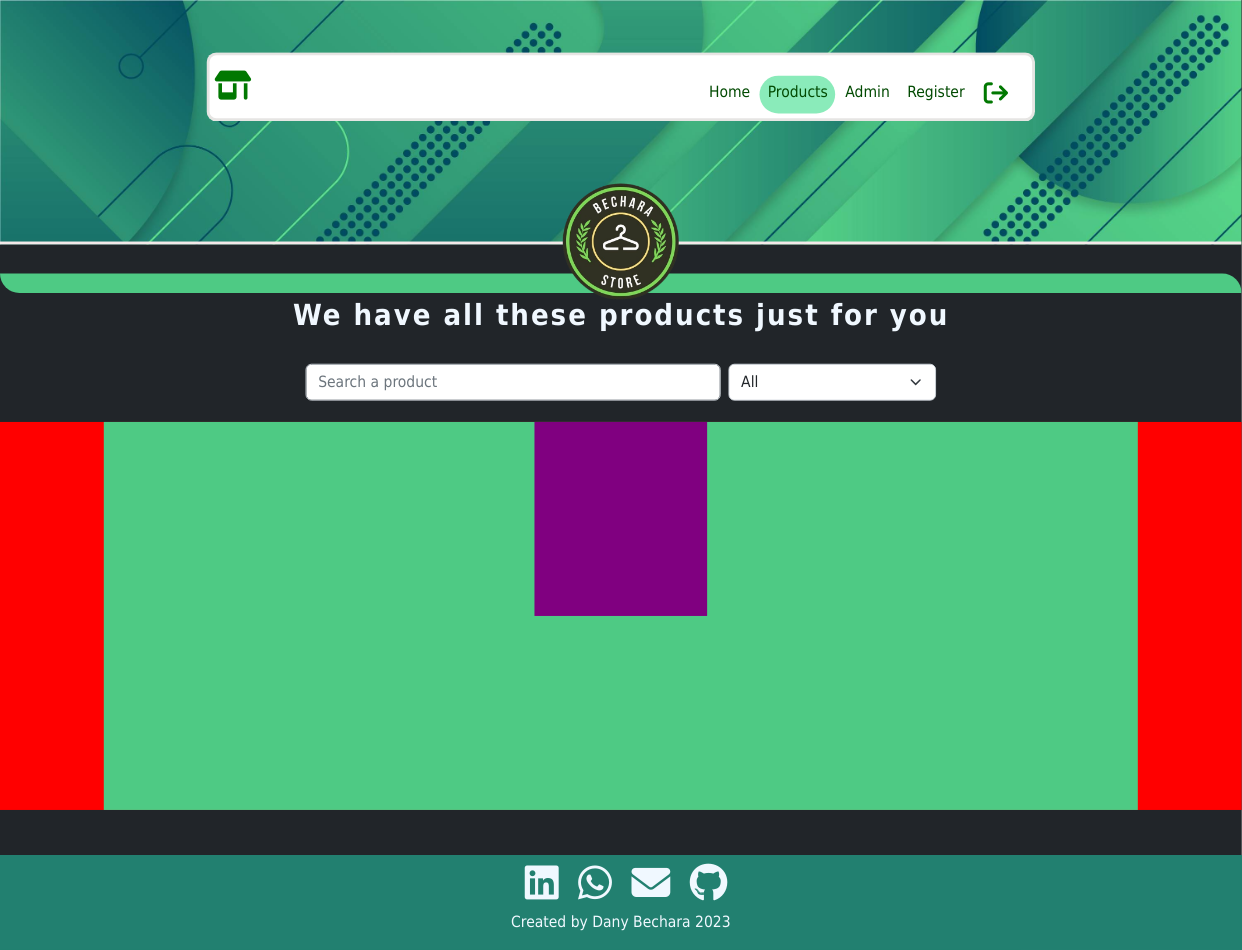
Repository: bechara611/becharastore
Page: /Products
An editor plug-in stored every save of this project. The page is shown before and after the next save, followed by the edit.
The browser window is 1280 px wide. The pictures show the whole page, at 97% of full size.
Backgrounds fixed to the window are drawn as part of the page. The project was rebuilt for these pictures with package versions that can differ from the ones it lists, and the page was loaded fresh each time. Some packages were replaced by stand-ins written for this rebuild. Also part of the build but not shown: src/hooks/useAuth.jsx, src/hooks/useForm.jsx, src/Auth/components/LoginAndRegister.css, src/Auth/components/Login.jsx, src/Auth/components/Register.jsx, src/UI/helper/ElementoActivo.js, src/UI/Components/FormularioContacto.css, src/UI/Components/FormularioContacto.jsx and 1 more.

Above is the page before, as saved 2023-02-02 08:50:02.

### public/index.html
<!DOCTYPE html>
<html lang="en">
  <head>
    <meta charset="utf-8" />
    <link rel="icon" href="%PUBLIC_URL%/favicon.ico" />
    <meta name="viewport" content="width=device-width, initial-scale=1" />
    <meta name="theme-color" content="#000000" />
    <meta
      name="description"
      content="Web site created using create-react-app"
    />
    <link rel="apple-touch-icon" href="%PUBLIC_URL%/logo192.png" />
    <link rel="preconnect" href="https://fonts.googleapis.com">
    <link rel="stylesheet" href="https://cdnjs.cloudflare.com/ajax/libs/font-awesome/6.2.1/css/all.min.css" integrity="sha512-MV7K8+y+gLIBoVD59lQIYicR65iaqukzvf/nwasF0nqhPay5w/9lJmVM2hMDcnK1OnMGCdVK+iQrJ7lzPJQd1w==" crossorigin="anonymous" referrerpolicy="no-referrer" />
<link rel="preconnect" href="https://fonts.gstatic.com" crossorigin>
<link rel="preconnect" href="https://fonts.googleapis.com">
<link rel="preconnect" href="https://fonts.gstatic.com" crossorigin>
<link href="https://fonts.googleapis.com/css2?family=Montserrat:ital,wght@0,100;0,200;0,300;0,400;0,500;0,600;0,700;0,800;0,900;1,100;1,200;1,300;1,500;1,700;1,800;1,900&family=Shadows+Into+Light&display=swap" rel="stylesheet">
<link rel="stylesheet"href="https://fonts.googleapis.com/css?family=Roboto:300,400,500,700&display=swap"/>
<!--
      manifest.json provides metadata used when your web app is installed on a
      user's mobile device or desktop. See https://developers.google.com/web/fundamentals/web-app-manifest/
    -->
    <link rel="manifest" href="%PUBLIC_URL%/manifest.json" />
    <!--
      Notice the use of %PUBLIC_URL% in the tags above.
      It will be replaced with the URL of the `public` folder during the build.
      Only files inside the `public` folder can be referenced from the HTML.

      Unlike "/favicon.ico" or "favicon.ico", "%PUBLIC_URL%/favicon.ico" will
      work correctly both with client-side routing and a non-root public URL.
      Learn how to configure a non-root public URL by running `npm run build`.
    -->

<link href="https://cdn.jsdelivr.net/npm/bootstrap@5.2.3/dist/css/bootstrap.min.css" rel="stylesheet" >


  </head>
  <body>
    <noscript>You need to enable JavaScript to run this app.</noscript>
    <div id="root"></div>
    <!--
      This HTML file is a template.
      If you open it directly in the browser, you will see an empty page.

      You can add webfonts, meta tags, or analytics to this file.
      The build step will place the bundled scripts into the <body> tag.

      To begin the development, run `npm start` or `yarn start`.
      To create a production bundle, use `npm run build` or `yarn build`.
    -->
    <script src="https://cdn.jsdelivr.net/npm/bootstrap@5.2.3/dist/js/bootstrap.bundle.min.js" integrity="sha384-kenU1KFdBIe4zVF0s0G1M5b4hcpxyD9F7jL+jjXkk+Q2h455rYXK/7HAuoJl+0I4" crossorigin="anonymous"></script>
  </body>

</html>

### src/index.css

:root {
    --verde1: rgb(2, 74, 2);
    --verde2:rgb(1, 120, 1);
    --verde3:rgb(23, 215, 119,.5);
    --verde4:rgba(78,202,132,255);
    --verde5:rgba(34,128,112,255);
  }


*{
    color: aliceblue;
    /* font-family: 'Montserrat', sans-serif; */
    font-family: 'Droid Sans', Tahoma, Geneva, Verdana, sans-serif;

}

.fondito{
    background: red;
}
.fondito2{
    background: purple;
}

### src/App.jsx
import React, { useEffect } from 'react'
import { Caparazon } from './UI/Components/Caparazon'
import { ContenedorPrincipal } from './UI/Components/ContenedorPrincipal'
import { Header } from './UI/Components/Header'
import { Footer } from './UI/Components/Footer'
import { MainCuerpo } from './UI/Components/MainCuerpo'
import { useDispatch, useSelector } from 'react-redux'
import { onResetError } from './UI/slice/uiSlice'
import Swal from 'sweetalert2'
export const App = () => {
  const uiEstado = useSelector((state)=>state.ui)
  const dispatch = useDispatch()
  useEffect(() => {
    if(uiEstado.error!==null){
      console.log(uiEstado.error)
      Swal.fire('Error',uiEstado.error,'error')
      dispatch(onResetError())

    }
  // eslint-disable-next-line react-hooks/exhaustive-deps
  }, [uiEstado.error])

  return (
    <>
      {/*Primero el caparazon de la pagina, que es un div que tiene un 100vh de altura, el cual en el obtiene a sus children:
    esto children son el Header ocupando el 30vh y el Contenedor Principal ocupando el 70vh restante.
  */}
      <Caparazon>
        <Header></Header>
        <ContenedorPrincipal> {/*El contenedor principal a su vez lleva sus hijos dos elementos, el footer que le pusimos absolute para ubicarlo de ultimo y el MainCuerpo que tienes las rutas */}
          <MainCuerpo></MainCuerpo>{/*Este MainCuerpo tiene las rutas de la aplicacion, es el main de la pagina y lo que va a cambiar dependiendo donde estemos */}


          <Footer></Footer>  {/*Este es el footer que utilizamos para el pie de pagina, tiene posicion absolute como dije anteriormnete */}
        </ContenedorPrincipal>


      </Caparazon>
    </>

  )
}

### src/store/Store.jsx
import { configureStore } from "@reduxjs/toolkit"
import authSlice from "../Auth/slice/authSlice"
import uiSlice from "../UI/slice/uiSlice"


export const store= configureStore({
    reducer:{
        auth:authSlice.reducer,
        ui:uiSlice.reducer
    },
    middleware:(getDefaultMiddleware)=>{
        return getDefaultMiddleware({serializableCheck:false})
    }
})

### src/UI/Components/Caparazon.jsx
import React from 'react'
import './Caparazon.css'
export const Caparazon = ({ children }) => {
    return (
        <>
{/*Caparazon princiapal donde el mismo tiene un flex en colum, adentro tiene sus hijos que son un div que
ocupe el 70vh donde eesta todo lo demas y el 30vh primero es del header */}
            <div className='caparazonPrincipal bg-dark'>

                {children}

            </div>
        </>
    )
}

### src/UI/Components/ContenedorPrincipal.jsx
import React from 'react'
import './ContenedorPrincipal.css'
export const ContenedorPrincipal = ({ children }) => {
  return (
    <div className='ContenedorPrincipal'>
    {/*Aca de hijos tendran las rutas para verse en el medio y el footer, este tiene un position relative para que su hijo footer pueda
  ubicarse en la parte de abajo */}
      {children}
    </div>
  )
}

### src/UI/Components/Header.jsx
import React from 'react'
import './Header.css'
import { MenuNavbar } from './MenuNavbar'
import brand from './../../img/brand2.png'


export const Header = () => {
  return (
    <>
      {/*El header ocupa el 30vh de la pagina, el primer div lo tiene, aca se incorpora el nav y el logo. */}
      <div className="header">
        <div className="col-12">


          <MenuNavbar></MenuNavbar>
          <div className="row">
            <div className="col-12 filaLogoHeader">
              <img src={brand} className='brand animate__animated animate__flip' id='brand' alt="brand" />

            </div>
          </div>

        </div>

      </div>



    </>
  )
}

### src/UI/Components/Footer.jsx
import React from 'react'
import './Footer.css'


let linkdn="https://linkedin.com/in/DanyBechara";
let correo="mailto:bechara611@gmail.com";
let blank='_blank';
let github='https://github.com/bechara611';
let whatssap='https://wa.me/584120361952';

export const Footer = () => {
  return (
    <>
      {/*Aca este footer le estamos colocando una posicion absolute y a su padre relativa para poder ubicarlo al final de su div padre */}
      <div className="footer col-12 mt-5 pt-1">
      <a href={linkdn} target={blank} className='animate__animated animate__lightSpeedInLeft'><i className=" linkdin fa-brands fa-linkedin iconoRedes"></i></a>
      <a href={whatssap} target={blank}  className='animate__animated animate__lightSpeedInLeft'><i className="whatssap fa-brands fa-whatsapp iconoRedes"></i></a>
      <a href={correo} target={blank}  className='animate__animated animate__lightSpeedInLeft'><i className="gmail fa-solid  fa-envelope iconoRedes"></i></a>
      <a href={github} target={blank}  className='  animate__animated animate__lightSpeedInLeft'><i className=" github fa-brands fa-github iconoRedes"></i></a>

     <div className="col-12 contenedor-mensaje-footer mt-1">
     <div className="col-12 contenedor-mensaje-footer">
     <p className='mensaje'>Created by Dany Bechara {new Date().getFullYear().toString()}</p>
     </div>

     </div>
      </div>
    </>

  )
}

### src/UI/Components/MainCuerpo.jsx
import React from 'react'
import { RouterApp } from '../../router/Routes'
import './MainCuerpo.css'

export const MainCuerpo = () => {

  return (
    <>
    {/*Aca se guardan las rutas como tal de la aplicacion y es llamado adentro de contenedorPrincipal */}
    <RouterApp></RouterApp>
    <div className='mb-5 pb-5'></div>
    </>
    )
}

### src/UI/slice/uiSlice.jsx
const { createSlice } = require("@reduxjs/toolkit");

const initialState={
    error:null
}
const uiSlice = createSlice({
    name:'ui',
    initialState,
    reducers:{//este reducer es para activar o desactivar un error siempre en pantalla dependiendo si cambia el estado, el mismo
        //activa una funcion que se encuentra en el archivo App.jsx, donde mostrar una ventana emergente de error en caso de que no sea null y al mismo tiempo por alla la desactiva
              // dispatch(onAsignarError({error:'Esto es un error desde el nav'}))
        onAsignarError:(state,action)=>{
            state.error=action.payload.error
        },
        onResetError:(state,action)=>{
            state.error=null
        }
    }
})

export default uiSlice;
export const {onAsignarError,onResetError} = uiSlice.actions;

### src/Auth/slice/authSlice.jsx
import { createSlice } from "@reduxjs/toolkit";

const initialState = {
    user: {
        token: 'abc123',
        _id: 1,
        name: 'Dany',
        email: 'Bechara611@gmail.com',
        level: 'admin'
    },
    status: 'logueado',
    initialDate: new Date()
}

const authSlice = createSlice({
    name: 'auth',
    initialState,
    reducers: {
        MostrarEnConsola: (state, action) => {
            console.log('Hola mundo')
        },
        onLogout: (state, action) => {

            state.status = 'no-logueado'
            state.user = {
                token: null,
                _id: null,
                name: null,
                email: null,
                level: null
            }
            state.initialDate = null;
        },
        onLogin: (state, {payload}) => {
             state.user = {
                 token: payload.token,
                 _id: payload._id,
                 name: payload.name,
                 email: payload.email,
                 level: payload.level
             }
            state.status = 'logueado'
            state.initialDate = new Date();
        },

    },

})

export const { MostrarEnConsola, onLogout, onLogin } = authSlice.actions;
export default authSlice

### src/UI/Components/Caparazon.css
/*Estilos del caparazon como tal principal*/
    /*Aca colocamos que el caparazonPrincipal ocupa toda la pantalla, y una direccion en column para que el header sea de 30vh y el resto el otro div  */
.caparazonPrincipal{
    display: flex;
    flex-direction: column;
    justify-content: space-between;
    min-height: 100vh;
  overflow-x: hidden;
  overflow-y: visible;
}

### src/UI/Components/ContenedorPrincipal.css
/*Aca al contenedor ponemos positionRelative para que el footer pueda tener una posicion absoluta y se pueda posicionar al final*/
.ContenedorPrincipal{
    min-height: 65vh;

    position: relative;
}

### src/UI/Components/Header.css
.header {
    display: flex;
    background: rgb(157, 240, 194) url("./../../img/Header2.jpg");
    background-color: rgb(18, 18, 18);
    background-repeat: no-repeat;
    background-attachment: fixed;
    background-size: cover;
    background-position: top center;
    min-height: 30%;
    height: 35vh;
    max-height: 35vh;
    width: 100%;
    min-width: 100%;
    position: relative;
    border-bottom: 3px solid rgb(244, 233, 233);
}

/*Aca estoy posicion en el medio el logo como tal del header y luego abajo le pongo una posicion absolute para moverlo*/
.filaLogoHeader {
    display: flex;
    flex-direction: row;
    justify-content: center;

}

.brand {
    width: 150px;
    height: 150px;
    max-height: 150px;
    max-width: 150px;
    min-height: 150px;
    position: absolute;
    bottom: -30%;
  z-index: 1000;

}

/*?RESPONSIVE*/


@media(max-width:500px){

    .brand {
        width: 100px;
        height:100px;
        max-height: 100px;
        max-width: 100px;
        min-height: 10px;
        position: absolute;
        z-index: 1;
        bottom: -20%;

    }
}

### src/UI/Components/MenuNavbar.jsx
import React, { useEffect } from 'react'
import { useDispatch, useSelector } from 'react-redux';
import { NavLink } from 'react-router-dom';
import { onLogout } from '../../Auth/slice/authSlice';
import { Animacionlogo } from '../helper/AnimacionAlLogo';

import './MenuNavbar.css'

export const MenuNavbar = () => {
    const authEstado = useSelector((state)=>state.auth);
    useEffect(() => {
        /**Esta parte es para colocarle al nombre del boton register cuando los dispositivos sean pequenos */
        if (window.screen.width < 350) {
            const boton = document.getElementById('navLogout');
            boton.innerHTML = 'Logout'
        }

    }, [])
    const dispatch = useDispatch();
    return (
        <>
            {/**Aca va el navBar de la aplicacion que tendra el menu */}
            <div className="col-12 contenedor-nav">
                <nav className="navbar navbar-expand-md  menunav col-8 ">


                  <NavLink to={'/'}> <i className="fa-solid fa-shop marca"></i></NavLink>


                    <button
                        className="navbar-toggler"
                        type="button"
                        data-bs-toggle="collapse"
                        data-bs-target="#navbarNavAltMarkup"
                        aria-controls="navbarNavAltMarkup"
                        aria-expanded="false"
                        aria-label="Show / Hide Menu"
                    >
                        <span className="navbar-toggler-icon"></span>
                    </button>
                    <div className="collapse navbar-collapse mt-3" id="navbarNavAltMarkup">
                        <div className="navbar-nav col-12  contenedor-interno-nav">
                            <NavLink className={ ({isActive}) => `nav-item nav-link  ${ isActive ? 'activeLink':'' }` } to={'/'} onClick={()=>Animacionlogo()}>
                            Home</NavLink>

                            <NavLink className={ ({isActive}) => `nav-item nav-link  ${ isActive ? 'activeLink':'' }` } to={'/Products'} onClick={()=>Animacionlogo()}>Products</NavLink>
                            <NavLink className={ ({isActive}) => `nav-item nav-link  ${ isActive ? 'activeLink':'' }` } to={'/admin'} onClick={()=>Animacionlogo()}>Admin</NavLink>
                            <NavLink className={ ({isActive}) => `nav-item nav-link  ${ isActive ? 'activeLink':'' }` } to={'/Register'} onClick={()=>Animacionlogo()}>Register</NavLink>
                            {
                                authEstado.status==='logueado' ?
                                <NavLink id='navLogout' className={ ({isActive}) => `nav-item nav-link ` } to={'/'} onClick={()=>{Animacionlogo()
                                    dispatch(onLogout())

                                    }}> <i title='Logout' className="fa-solid fa-arrow-right-from-bracket logout-icono"></i></NavLink>

                             :
                              <>
                              <NavLink className={ ({isActive}) => `nav-item nav-link   ${ isActive ? 'activeLink':'' }` } to={'/auth'} onClick={()=>Animacionlogo()}>Login</NavLink>
                              </>
                            }


                            </div>
                    </div>
                </nav>
            </div>
        </>
    )
}

### src/UI/Components/Footer.css
.footer{

    background: var(--verde5);
    position: absolute;
    bottom: 0%;
    display: flex;
    flex-direction: row;
    justify-content: center;
    text-align: center;
    align-items: center;
    justify-items: center;
 flex-wrap: wrap;

}

.iconoRedes{
    font-size: 40px;
    padding-left: 10px;
    margin: 5px;
}

.github:hover{
    color: #6e5494;

}

.whatssap:hover{
color: #25d366;
}

.gmail:hover{
color:#cc0000;
}
.linkdin:hover{
color:#00a0dc;
}

.contenedor-mensaje-footer{
    display: flex;
    flex-direction: row;
    justify-content: center;
    text-align: center;
    align-items: center;
    justify-items: center;
}

/*?RESPONSIVE*/

@media(max-width:255px){
    .iconoRedes{
        font-size: 30px;
        padding-left: 5px;
    }
    .mensaje{
        font-size: 10px;
    }
}

### src/router/Routes.jsx
import React from 'react'
import { Navigate, Route, Routes } from 'react-router-dom'
import { Login } from '../Auth/components/Login'
import { Register } from '../Auth/components/Register'
import { ListadoProductos } from '../Products/components/ListadoProductos'
import { Home } from '../UI/Components/Home'

/*Este componente es nuestro router, que segun la URL donde estemos mostrada:
1) Una pagina Home
2) Pagina de registro
3) Pagina de login
4) Pagina de Productos
*/

export const RouterApp = () => {
  return (
    <Routes>
    <Route path='/' element={<Home></Home>}></Route>
    <Route path='/auth' element={<Login></Login>}></Route>
    <Route path='/Register' element={<Register></Register>}></Route>
    <Route path='/Products' element={<ListadoProductos></ListadoProductos>}></Route>
    <Route path='/admin' element={<h1>Admin</h1>}></Route>
    <Route path='/*' element={<Navigate to={'/'}></Navigate>}></Route>
    </Routes>
  )
}

### src/UI/Components/MenuNavbar.css
.contenedor-nav {
    position: fixed;
    display: flex;
    flex-direction: row;
    justify-content: center;
    align-self: center;
    align-items: center;
    position: absolute;
    bottom: 50%;
    z-index: 2;

}
.marca{
 font-size: 30px;
 color: black;
 color: var(--verde2);
 padding-right: 10px;

}
.marca:hover{
    color: var(--verde5);
}
.logout-icono{
    font-size: 25px;
    color: black;
    color: var(--verde2);
    padding-right: 10px;

   }
.logout-icono:hover{
    color: var(--verde5);
}

.menunav {
    background: rgba(255, 255, 255, 1);
    border-radius: 10px;
    padding: 5px;
    border: 3px solid rgba(205, 204, 200, 0.5);
    flex-wrap: wrap;
    display: flex;

}

/*Esta parte es el contenedor que tiene el navbar de los navLink es decir, menu como tal.
Estoy diciendo que normalmente estaran a la derecha.
*/
.contenedor-interno-nav {
    display: flex;
    flex-direction: row;
    justify-content: flex-end;
    flex-wrap: wrap;

}
/*Diseno a los links como tal*/
.nav-link{
    margin-left: 2px;
    color: var(--verde1);
    font-weight: 400;
    background: rgb(44, 232, 138,0);
    border-radius: 30px;
    padding: 5px;

}
.nav-link:hover{
   color: var(--verde2)

}
.activeLink{  background: var(--verde3);
    border-radius: 30px;}

/**-----------------------------------------------------------------------------*/

/*?RESPONSIVE*/

/*Para este apartado cuando llegue a cierto tamaño como tal el nav se pondra mas abajo para que al darle al boton se abra y se pueda apreciar y no quede muy arriba*/
@media(max-width:500px) {
    .contenedor-nav {
       position: sticky;

    }
    /*Aca haces que el navBar tenga todo el tamaño al llegar a dispositivos pequeños*/
    .menunav {
        width: 100%;

    }
}

/*SERIE DE RESPONSIVES A LOS PADDING DE LAS OPCIONES DEL MENU*/

@media(max-width:375px){
    .nav-link{
        margin-left: 5px;
    }
}

@media(max-width:262px){
    .nav-link{
        margin-left: 10px;
    }
    .menunav{
        justify-content: center;
        text-align: center;
        align-items: center;
        align-self: center;
    }
}

/*Necesidad de que el nav el menu se pongan o separados o uno debajo del otro cuando se active el boton del collapse*/
@media(max-width:992px) {
    .contenedor-interno-nav {
        justify-content: space-around;
    }
}

### src/Products/components/ListadoProductos.css
.separador2{
    color: var(--verde4);
    background-color: var(--verde4);
    height: 20px;
    margin-top: 30px;
    margin-bottom: 5px;
    border-end-start-radius: 100px;
    border-top-right-radius: 100px;

}

.contenedor-busqueda{
    display: flex;
    flex-direction: row;
    justify-content: center;
    align-items: center;

    margin-top: 10px;
    padding: 10px;
}


.opcionSelect{
    color: black;
}

.contenedor-productos-padre{
    display: flex;
    flex-direction: row;
    justify-content: center;
}
.contenedor-productos-hijo{
    height: 400px;
    background: var(--verde4);
    display: flex;
    flex-direction: row;
    justify-content: center;
    justify-items: center;
    justify-self: center;
}
.contenedor-producto-hijoJr{
    height: 200px;
    justify-self: center;
    justify-content: center;
    justify-items: center;
    justify-self: center;
}

### src/UI/Components/Home.css
.PadreHome {
    justify-content: center;
    display: flex;
    flex-wrap: wrap;
    align-items: center;
    justify-items: center;

}

.separador {
    color: var(--verde5);
    background-color: var(--verde5);
    height: 20px;
    margin-top: 30px;
    margin-bottom: 5px;
    border-end-start-radius: 100px;
    border-top-right-radius: 100px;

}

.contenedor-imagen {}

.cajaImagen{
    border-bottom: 2px solid var(--verde5);
    border-radius: 10px;

}

.contenedor-escrito {
    display: flex;
    flex-direction: row;
    justify-content: center;
    flex-wrap: wrap;
    justify-content: center;
    text-align: center;
}

.contenedor-titulo {
    display: flex;
    justify-content: center;
    justify-items: center;
    justify-self: center;
    align-items: center;
    flex-wrap: wrap;
    text-align: center;
}

.titulo {
    font-weight: 800;
    font-size: 30px;
    letter-spacing: 2px;


}

.contenedor-texto {
    text-align: center;
    justify-content: center;

}

.btn-texto{}



.contenedor-contacto{
    display: flex;
    flex-direction: row;
    justify-content: center;
    align-items: center;
    flex-wrap: wrap;
}
.titulo-contacto{
    font-weight: 400;
    font-size: 30px;
    letter-spacing: 2px;

}
/*CLASES PARA ANIMACIONES*/
.opacity0{
    opacity: 0;
}

/*?RESPONSIVE*/
@media(max-width:350px){
    .titulo {

        font-size: 25px;
        padding: 2px;


    }
    .titulo-contacto{
        font-size: 25px;
        padding: 2px;
    }
}

Loaded but not shown: src/index.js (18 lines, source omitted); src/UI/helper/AnimacionAlLogo.js (9 lines, source omitted); src/Products/components/ListadoProductos.jsx (67 lines, source omitted); src/UI/Components/MainCuerpo.css (no stored copy; drawn as an empty file)

After the next save:
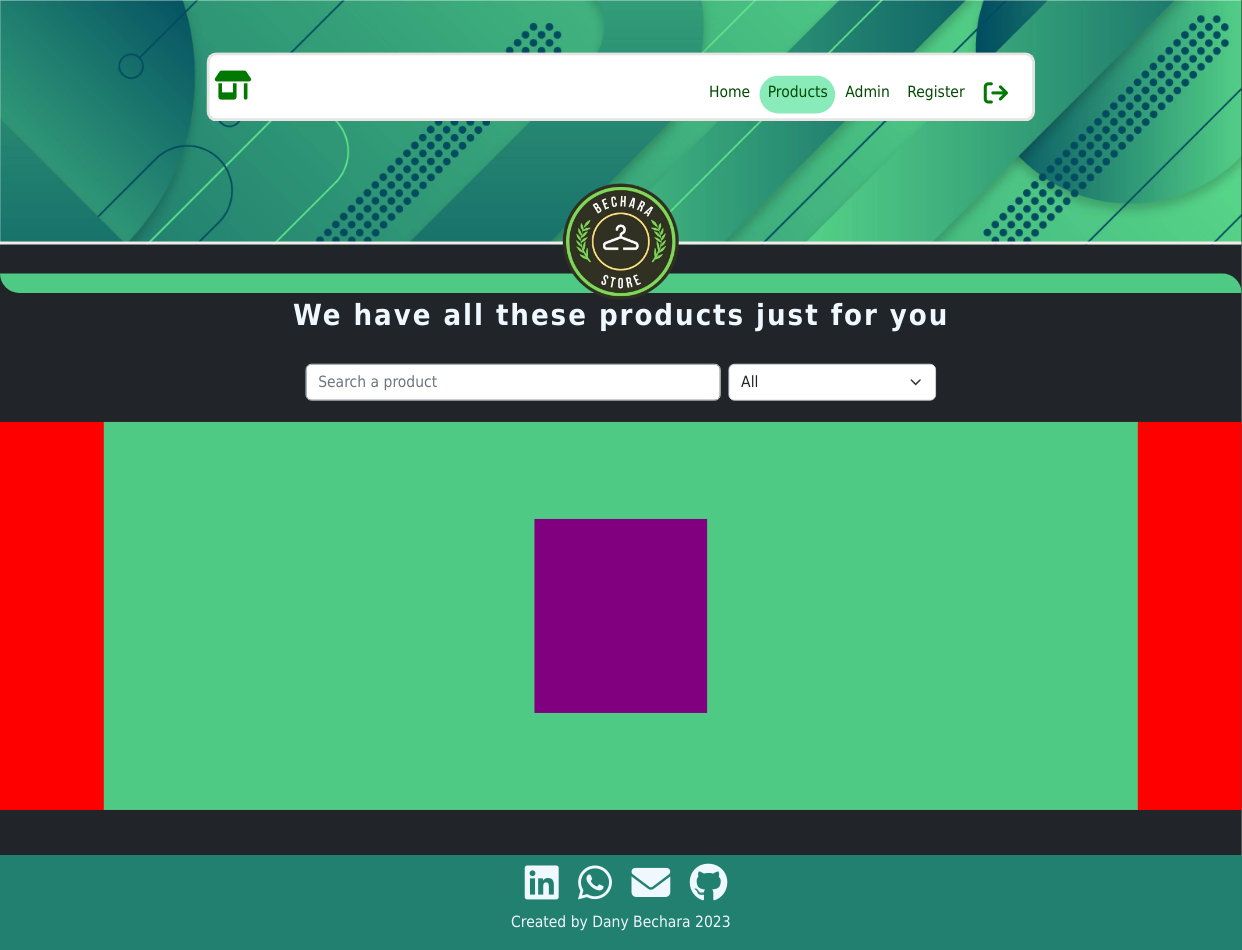
Saved 9 s later.
--- a/src/Products/components/ListadoProductos.css
+++ b/src/Products/components/ListadoProductos.css
@@ -40,8 +40,5 @@
 }
 .contenedor-producto-hijoJr{
     height: 200px;
-    justify-self: center;
-    justify-content: center;
-    justify-items: center;
-    justify-self: center;
+    align-self: center;
 }
